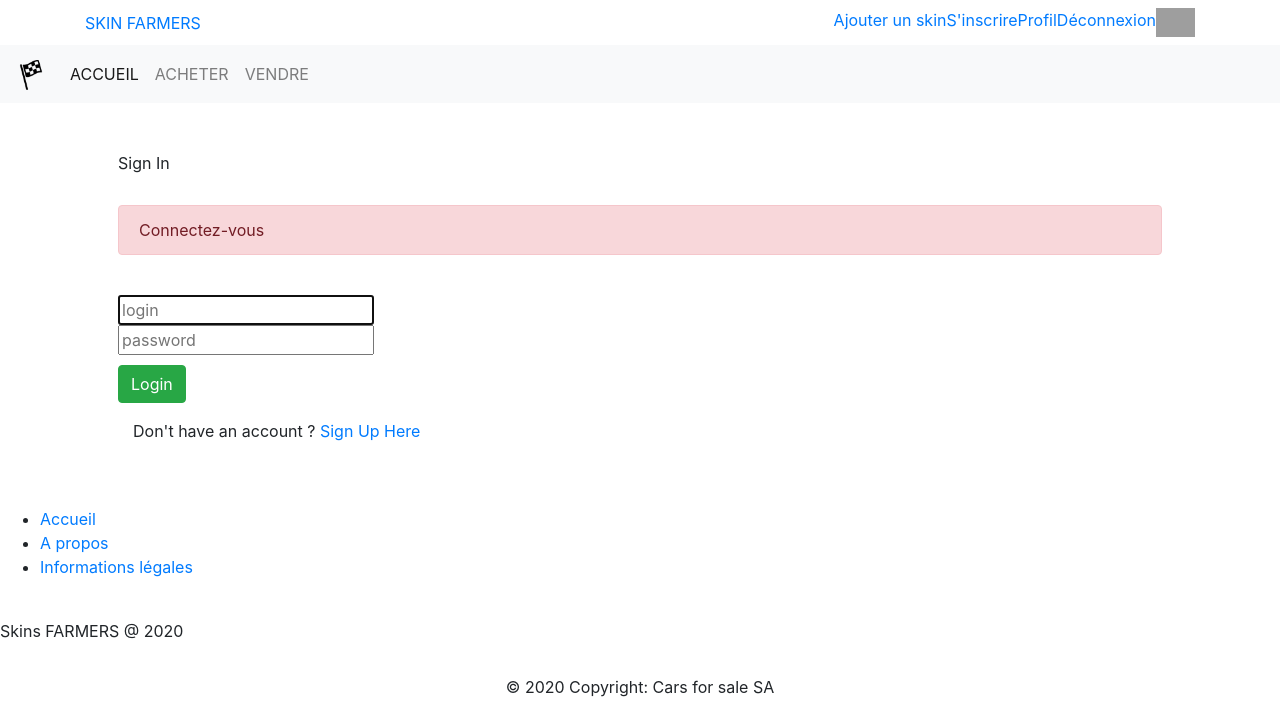
Repository: JonasvanHoorebeke/node_project_carforsale_final
Page: http://localhost/login/now
These files come from the project's save history. The page is drawn as it stood at one moment and after the next save; the edit follows.
The browser window is 1280 px wide. The pictures show the whole page.
Pictures or frames that could not be fetched are drawn as grey boxes. The page is served by the project's Node server (server.js).

Above is the page before, as saved 2020-08-25 09:56:29.

After the next save:
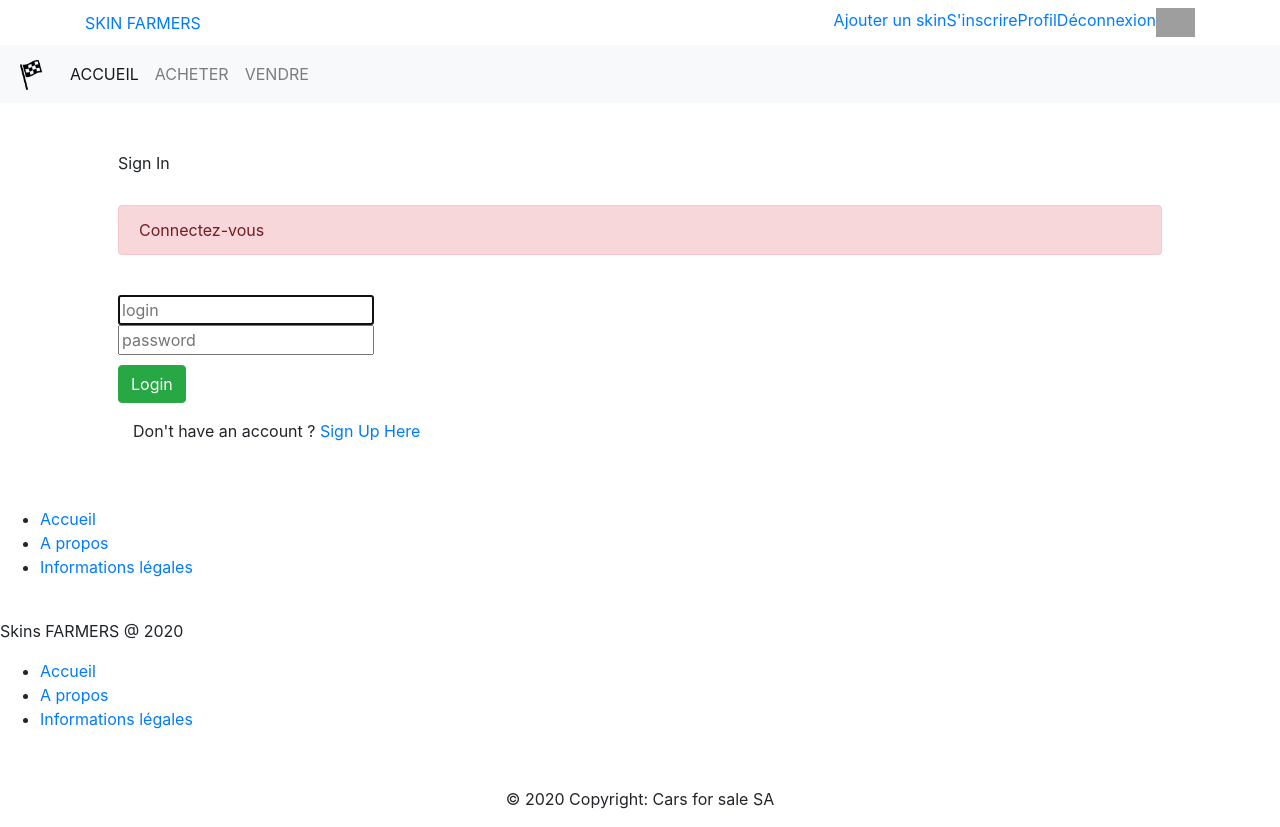
Saved 69 s later.
--- a/views/footer.ejs
+++ b/views/footer.ejs
@@ -26,6 +26,12 @@
 
     <!-- Footer -->
     <footer class="page-footer font-small blue">
+      <ul class="boutonfooter">
+        <li class="bouton"><a href="/">Accueil</a></li>
+        <li class="bouton"><a href="#">A propos</a></li>
+        <li class="bouton"><a href="/infoleg">Informations légales</a></li>
+      </ul>
+      </br>
       <!-- Copyright -->
       <div class="footer-copyright text-center py-3">© 2020 Copyright:
           <a> Cars for sale SA</a>
